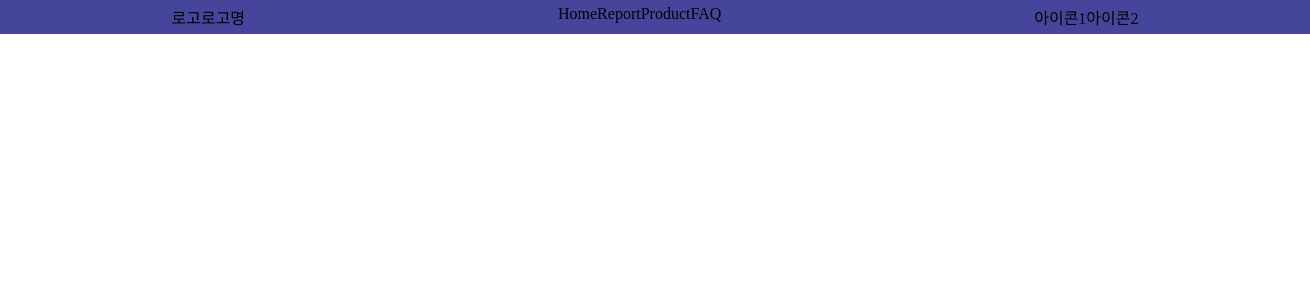
Repository: rlatlswo135/header_project
Page: header.html
These files come from the project's save history. The page is drawn as it stood at one moment and after the next save; the edit follows.
The browser window is 1280 px wide. The page is 1310 px wide, so the pictures cover 1310 px, including what lies to the right of the window. The pictures show the whole page.
Some web libraries are served in a nearby version.

Above is the page before, as saved 2021-05-30 21:09:06.

### header.html
<!DOCTYPE html>
<html>
    <head>
        <link rel="stylesheet" href="header.css"/>
    </head>
    <body>
        <div class="header_container">
            <div class="header_logobox">
                <div>로고</div>
                <div>로고명</div>
            </div>
            <div class="header_menubox">
                <ul class="header_menu">
                    <li>Home</li>
                    <li>Report</li>
                    <li>Product</li>
                    <li>FAQ</li>
                </ul>
            </div>
            <div class="header_iconbox">
                <div>아이콘1</div>
                <div>아이콘2</div>
            </div>
        </div>
        <script src="header.js"></script>
        <script src="https://kit.fontawesome.com/cd0a52d46f.js" crossorigin="anonymous"></script>
    </body>
</html>

### header.css
* {
  margin: 0px;
  padding: 0px;
}
:root {
  --background-color: rgb(69, 69, 156);
  --text-color: gold;
}

.header_container {
  display: flex;
  justify-content: space-around;
  background-color: rgb(69, 69, 156);
  width: 100%;
  height: 30%;
  padding: 5px 15px;
}

.header_logobox {
  display: flex;
}
.header_menu {
  display: flex;
  list-style: none;
}
.header_iconbox {
  display: flex;
}

Loaded but not shown: header.js (no copy from this time; the picture is the same without it)

After the next save:
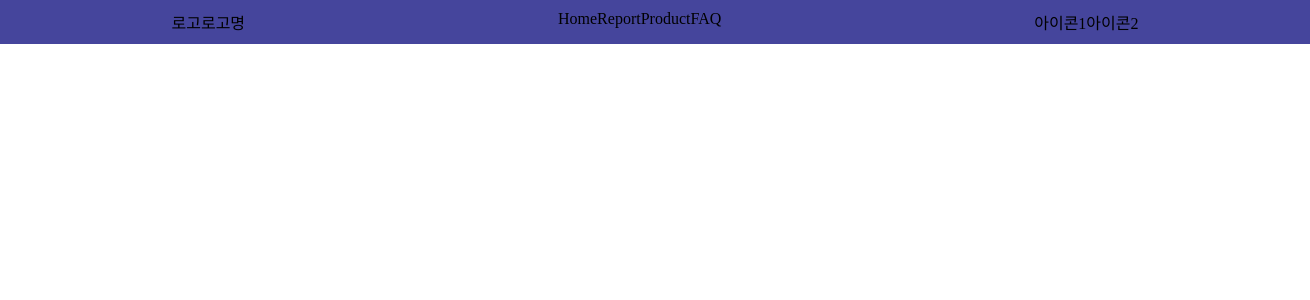
Saved 5 s later.
--- a/header.css
+++ b/header.css
@@ -13,7 +13,7 @@
   background-color: rgb(69, 69, 156);
   width: 100%;
   height: 30%;
-  padding: 5px 15px;
+  padding: 10px 15px;
 }
 
 .header_logobox {
